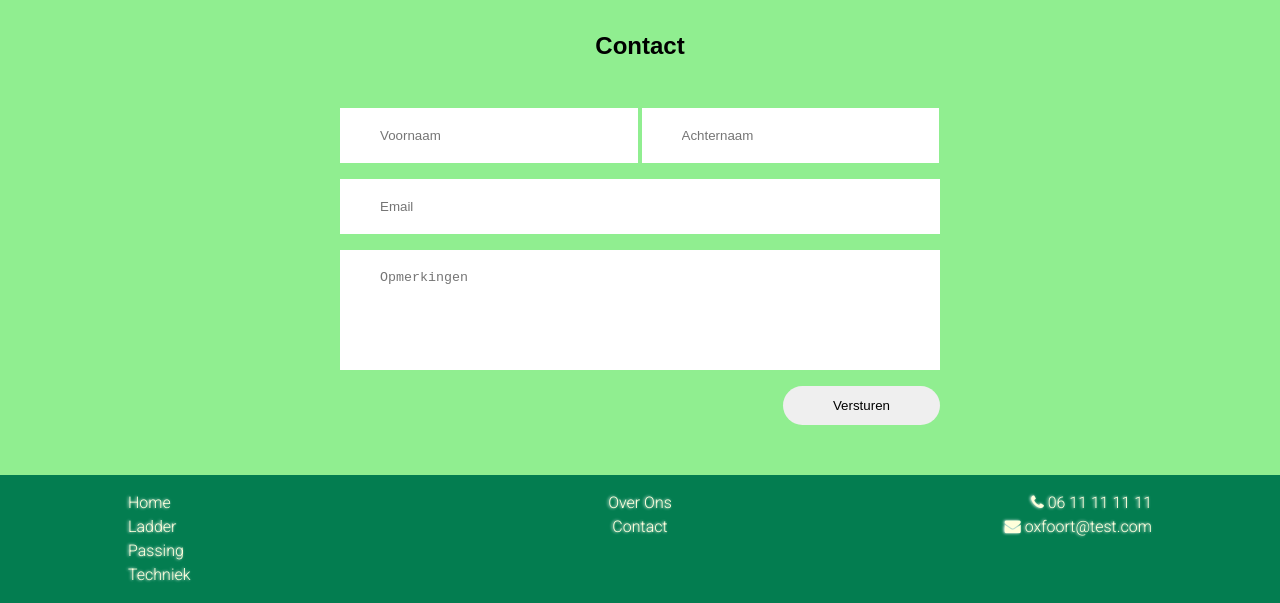
Repository: KelvinOxfoort/Start
Page: contact.html
The author's editor kept a record of every edit. The page is drawn from the files as they stood at one moment, then again after the next edit.
The browser window is 1280 px wide. The pictures show the part of the page from y = 407 to 1010 px (the page is 1010 px tall before and 775 px after).
Some web fonts or font styles are not loaded; a fallback is used.

Above is the page before.

### contact.html
<!DOCTYPE html>
<html lang="nl">

<head>
    <meta charset="UTF-8">
    <meta name="viewport" content="width=device-width, initial-scale=1.0">
    <meta http-equiv="X-UA-Compatible" content="ie=edge">
    <link rel="stylesheet" href="style.css">
    <link href="https://fonts.googleapis.com/css2?family=Cantora+One&family=Roboto:ital,wght@0,300;0,700;1,100&display=swap" rel="stylesheet">
    <link rel="stylesheet" href="https://cdnjs.cloudflare.com/ajax/libs/font-awesome/4.7.0/css/font-awesome.min.css">
    <script src="functions.js"></script>
    <title>Voetbal voor beginners</title>
</head>

<body>
    <header id="header">
        <div>
            <a href="index.html"><img class="logo" src="uploads/LOGO.png" alt="logo"></a>
        </div>
        <nav>
            <li><a href="index.html">Home</a></li>
            <li><a href="ladder.html">Ladder</a></li>
            <li><a href="techniek.html">Techniek</a></li>
            <li><a href="passing.html">Passing</a></li>
            <li id="menu">Info</li>
                <ul id="dropdown">
                    <li><a href="contact.html">Contact</a></li>
                    <li><a href="overons.html">Over Ons</a></li>
                </ul>
        </nav>
    </header>
    <main>
        <div class="map">
        <iframe src="https://snazzymaps.com/embed/245392"></iframe>
        </div>
        <section class="contact-pagina">
            <h1>Contact</h1>
            <form class="contact-formulier" action="#" method="post">
                <input type="text" class="contact-formulier-naam" placeholder="Voornaam">
                <input type="text" class="contact-formulier-naam" placeholder="Achternaam">
                <input type="email" class="contact-formulier-email" placeholder="Email">
                <textarea class="contact-formulier-tekst" placeholder="Opmerkingen"></textarea>
                <input type="submit" class="contact-formulier-knop" value="Versturen" </form>
        </section>
    </main>
    <footer id="footer">
        <div class="footercolumns">
            <ul class="footerpagina">
                <li><a href="index.html">Home</a></li>
                <li><a href="ladder.html">Ladder</a></li>
                <li><a href="passing.html">Passing</a></li>
                <li><a href="techniek.html">Techniek</a></li>
            </ul>
            <ul class="footerinfo">
                <li><a href="overons.html">Over Ons</a></li>
                <li><a href="contact.html">Contact</a></li>
            </ul>
            <ul class="footercontact">
                <li><i class="fa fa-phone"></i> <a href="tel:0611111111">06 11 11 11 11</a></a>
                </li>
                <li><i class="fa fa-envelope"></i> <a href="mailto:oxfoort@test.com">oxfoort@test.com</a>
                </li>
            </ul>
        </div>
    </footer>
</body>
</html>

### style.css
:root {
    --header-footer-kleur: #037d50;
    --color-text: #ffffdb;
}


body {
    font-family: 'Roboto', sans-serif;
}

body {
    background-color: #90ee90;
    margin: 0;
}

h1,
h2,
h3,
h4 {
    font-family: 'Cantora One', sans-serif;
}

.overzicht {
    text-align: center;
}

li {
    list-style: none;
}

ul {
    padding: 0;
}

main {
    min-height: 75vh;
}

h1 {
    margin: 0;
    padding: 2rem 0rem;
}




header {
    background-color: #037d50;
    display: flex;
    flex-wrap: nowrap;
}

header li, header a {
    text-decoration: none;
    color: unset;
    line-height: 1.5;
    padding: 10px;
}

header li:hover {
    transition: ease-in-out 0.3s all;
    color: #037d50;
    background: #90ee90;
    cursor: pointer;

}

header li {
    color: var(--color-text);
    text-shadow: -1px 0px 3px white;
}

nav li {
    list-style: none;
    line-height: 5;
}

nav {
    display: flex;
    flex-wrap: nowrap;
    flex-basis: 30%;
    margin-left: 30%;

}

nav ul {
    display: flex;
    flex-wrap: nowrap;
    justify-content: space-between;
    widht: 100%;
    line-height: 6.5;
    position: relative;
}

#dropdown {
    display: none;
    position: absolute;
    width: 40%;
    background: #037d50;
    top: calc( 100% - 1px );
    right: -28.4%;
    margin: 0;
}

#dropdown.active {
    display: block;
}

#dropdown li{
    line-height: 3;
}

.logo {
    width: 250px;
    margin-left: 50%;
}


footer {
    background-color: var(--header-footer-kleur);
}

.footercolumns {
    display: flex;
    flex-wrap: nowrap;
    justify-content: space-between;
}

.footercolumns li {
    list-style: none;
}

footer a {
    text-decoration: none;
    color: unset;
    line-height: 1.5;
}

footer li{
    color: #ffffdb;
    text-shadow: -1px 0px 3px white;
}

footer a:hover {
    transition: ease-in-out 0.3s all;
    color: #90ee90;
}

footer ul {
    width: 28%;
}

.footerinfo {
    text-align: center;
}

.footercontact {
    text-align: right;
}

.container {
    padding-top: 10%;
}


.banner {
    background-image: url(https://cdn.pixabay.com/photo/2014/10/14/20/24/the-ball-488718_1280.jpg);
    width: 100%;
    background-repeat: no-repeat;
    height: 80vh;
    background-size: cover;
}

.banner-content {
    color: #000;
    width: 55%;
    padding: 50px 0 50px 50px;
    font-size: 18px;
    font-weight: bold;
    border: solid 3px #037d50;
    background-color: #ffffff6e;
}

.quote {
    display: flex;
    flex-wrap: nowrap;
    justify-content: space-between;
}

.quote blockquote {
    margin: 0;
    margin-bottom: 40px;
}


section h1 {
    text-align: center;
}




.contact-pagina h1 {
    text-align: center;
}

.contact-formulier {
    max-width: 600px;
    margin: auto;
    padding: 0 10px;
    overflow: hidden;
}

.contact-formulier-naam {
    display: initial;
    width: 49.6%;
    box-sizing: border-box;
    margin: 16px 0 0 0;
    border: 0;
    padding: 20px 40px;
    outline: none;
}

.contact-formulier-naam:focus {
    box-shadow: 0 0 10px 4px #037d50;
}

.contact-formulier-email {
    display: block;
    width: 100%;
    box-sizing: border-box;
    margin: 16px 0;
    border: 0;
    padding: 20px 40px;
    outline: none;
}

.contact-formulier-email:focus {
    box-shadow: 0 0 10px 4px #037d50;
}

.contact-formulier-tekst {
    display: block;
    width: 100%;
    box-sizing: border-box;
    margin: 16px 0;
    border: 0;
    padding: 20px 40px;
    outline: none;
}

.contact-formulier-tekst:focus {
    box-shadow: 0 0 10px 4px #037d50;
}

textarea.contact-formulier-tekst {
    resize: none;
    height: 120px;
}

.contact-formulier-knop {
    float: right;
    margin-bottom: 50px;
    border: 0;
    padding: 12px 50px;
    border-radius: 20px;
    cursor: pointer;
    transition: 0.5s;
}

.contact-formulier-knop:hover {
    background: #e0e0e0;
}

section,
hr,
.footercolumns {
    margin: 0 10%;
}

.mediasection ul {
    display: flex;
    flex-wrap: nowrap;
    justify-content: space-between;
    margin-top: 20px;
    margin-bottom: 20px;
}

iframe {
    width: 100%;
    height: 100%;
    border: none;
}


video {
    width: 100%;
    height: 100%;
}

.fotovids1 {
    background-image: url(./uploads/voetballende_kinderen.png);
    background-size: cover;
    background-repeat: no-repeat;
    background-position-y: 35%;
}

.fotovids2 {
    background-size: cover;
    background-repeat: no-repeat;
    background-position-y: 35%;
}

.fotovids3,
.fotovids4 {
    background-color: black;
}


.fotovids5 {
    background-image: url(https://cdn.pixabay.com/photo/2016/06/29/09/28/football-1486353_960_720.jpg);
    background-size: cover;
    background-repeat: no-repeat;
    background-position-y: 75%;
}

.mediasection ul li {
    width: 19%;
}

.plaatjesection ul {
    display: flex;
    flex-wrap: nowrap;
    justify-content: space-between;
    margin-top: 40px;
    margin-bottom: 40px;
}

.plaatjesection ul li {
    width: 28%;
    background-color: #d0fad0;
    box-shadow: 1px 1px 9px 0px black;
}

.plaatjesection div {
    margin-left: 20px;
    margin-right: 20px;
}

.plaatje {
    background: url(https://media.defense.gov/2013/Sep/09/2000710340/-1/-1/0/130829-D-RT812-259.JPG) no-repeat;
    background-size: cover;
    background-position-y: 98%;
    height: 190px;
    margin-top: 20px;
    margin-bottom: 5px;
}

.tweede {
    background: url(https://encrypted-tbn0.gstatic.com/images?q=tbn%3AANd9GcQGQujdtUYY6ZvVAVyYnViHFfmqRA8QfeRchdvbMtoRneMGzXFF&usqp=CAU) no-repeat;
    background-size: cover;
}

.derde {
    background: url(https://encrypted-tbn0.gstatic.com/images?q=tbn%3AANd9GcRbiFGD33UEuO2sUuPWsS63qn6kfET_udMECwd8WcEFtynlFjDH&usqp=CAU) no-repeat;
    background-size: cover;
    background-position-y: 11%;
}

.textarea p {
    margin-top: 15px;
    margin-bottom: 25px;
}

.paginaplaatje {
    height: 130px;
    width: 280px;
    margin-top: 20px;
    margin-bottom: 5px;
}

.map {
    height: 300px;
}

.goed-gedaan {
    margin-bottom: 50px;
}


table {
    text-align: left;
    margin-left: auto;
    margin-right: auto;
    border-spacing: 0;
}

table, th, td {
    border: solid 1px black;
}

th, td {
    padding: 5px;
}

 table {
        margin-bottom: 60px;
    }

    .ontzichtbaar {
        border: solid 1px #90ee90;
    }


@media (max-width: 1023px) {

    .logo {
        margin-left: 10%;
    }

    nav {
        margin-left: 10%;
    }

    .banner {
        background-position-x: 56%;
    }

    .container {
        padding-top: 60%;
    }
    .plaatjesection ul {
        flex-wrap: wrap;
    }
    .plaatjesection ul li {
        width: 100%;
        margin-bottom: 50px;
    }

    .plaatjebox div {
        display: inline-block;
        width: 40%;
        vertical-align: middle;
    }

    .tweede {
        float: right;
        margin-top: 5%;
    }

    .mediasection ul {
        flex-wrap: wrap;
    }
    .mediasection ul li {
        flex-basis: 30%;
    }
    .fotovids4,
    .fotovids5 {
        flex-basis: 48% !important;
        margin-top: 30px;
    }

    .map {
        height: 314px;
    }

    #dropdown {
       right: -1.0%;
    }

    .overonstekst {
    margin-bottom: 60px;
    }

    table {
        margin-bottom: 226px;
    }

    .ontzichtbaar {
        border: solid 1px #90ee90;
    }


}

@media (max-width: 767px) {

    header {
        flex-wrap: wrap;
    }

    .logo {
        margin-left: 17%;
    }

    nav {
        flex-wrap: wrap;
        flex-basis: 100%;
        line-height: 2.5;
        margin-left: 0%;
    }

    .banner-content {
        padding: 50px;
    }

    .banner {
        background-position-x: 90%;
    }

    .quote {
        flex-wrap: wrap;
    }

    .mediasection ul {
        flex-wrap: wrap;
    }

    .mediasection ul li {
        flex-basis: 30%;
    }

    .plaatjebox div {
        width: 86%;
    }

    .contact-formulier-naam {
        width: 100%
    }

    .footercolumns {
        flex-wrap: wrap;
    }

    footer ul {
        width: 45%;
    }

    footer ul {
        width: 100%;
    }

    footer ul li {
        text-align: center;
    }


    .mediasection ul li {
        flex-basis: 100% !important;
        margin: 20px 0;
        min-height: 172px;
    }

    nav > li {
        flex-basis: 10%;
    }

    #dropdown {
        width: 35%;
        right: 0;
        text-align: right;
    }

    table {
    margin-bottom: 90px;
    }
}

### functions.js
//         <div id="map"></div>

//         <script>
//             function initmap() {
//                 var location = {lat: -25.363, lng: 131.044};
//                 var map = new google.maps.Map(document.getElementById("map"), {
//                     zoom: 4,
//                     center: location
//                 });
//                 var marker = new google.maps.Marker({
//                     position: location,
//                     map: map
//                 })
//                 }

//         </script>

//           <script async defer src="https://maps.googleapis.com/maps/api/js?key=AIzaSyC7btDHor-Ms7kRZcJnf92KTW2o_lgjLSs&callback=initMap"
//   type="text/javascript"></script>








window.onload=function(){

document.getElementById("menu").addEventListener("click",openMenu);

function openMenu(){
    document.getElementById("dropdown").classList.toggle("active")
};

};

After the next edit:
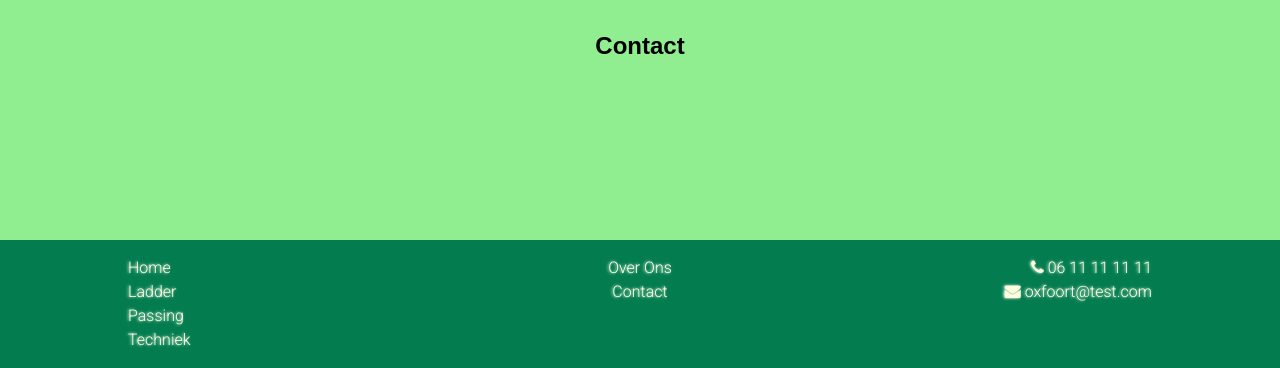
The edit:
--- a/contact.html
+++ b/contact.html
@@ -35,12 +35,10 @@
         </div>
         <section class="contact-pagina">
             <h1>Contact</h1>
-            <form class="contact-formulier" action="#" method="post">
-                <input type="text" class="contact-formulier-naam" placeholder="Voornaam">
-                <input type="text" class="contact-formulier-naam" placeholder="Achternaam">
-                <input type="email" class="contact-formulier-email" placeholder="Email">
-                <textarea class="contact-formulier-tekst" placeholder="Opmerkingen"></textarea>
-                <input type="submit" class="contact-formulier-knop" value="Versturen" </form>
+            <form>
+
+            </form>
+
         </section>
     </main>
     <footer id="footer">

After the edit that followed:
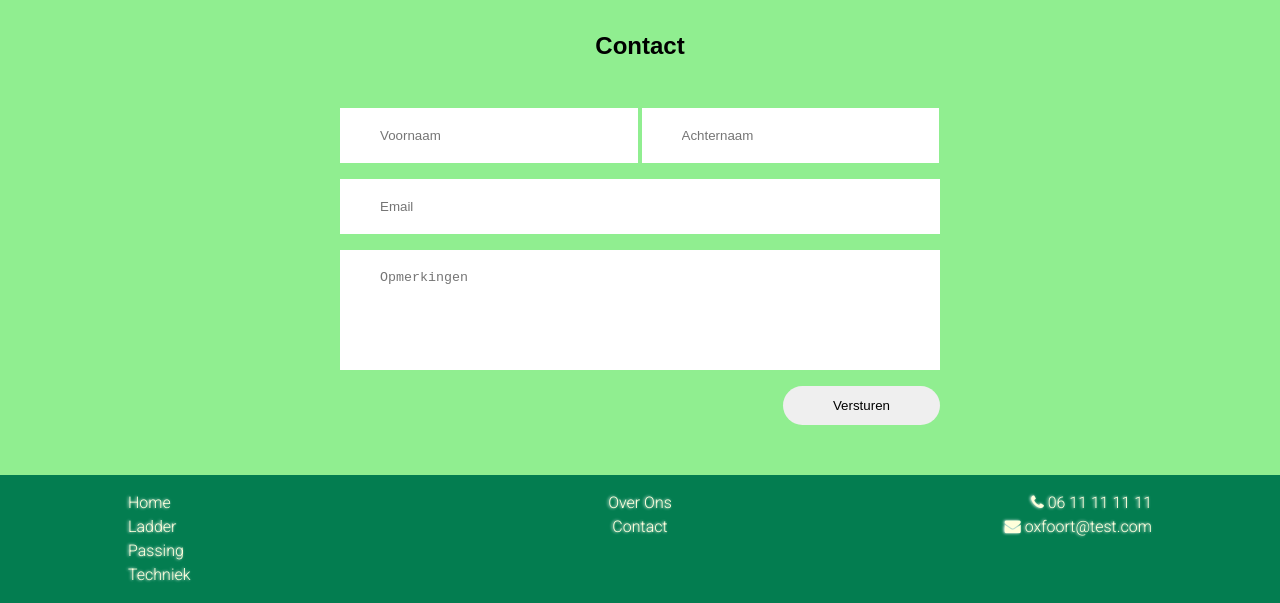
The edit:
--- a/contact.html
+++ b/contact.html
@@ -35,7 +35,12 @@
         </div>
         <section class="contact-pagina">
             <h1>Contact</h1>
-            <form>
+            <form class="contact-formulier" action="#" method="post">
+                <input type="text" class="contact-formulier-naam" placeholder="Voornaam">
+                <input type="text" class="contact-formulier-naam" placeholder="Achternaam">
+                <input type="email" class="contact-formulier-email" placeholder="Email">
+                <textarea class="contact-formulier-tekst" placeholder="Opmerkingen"></textarea>
+                <input type="submit" class="contact-formulier-knop" value="Versturen"
 
             </form>
 
